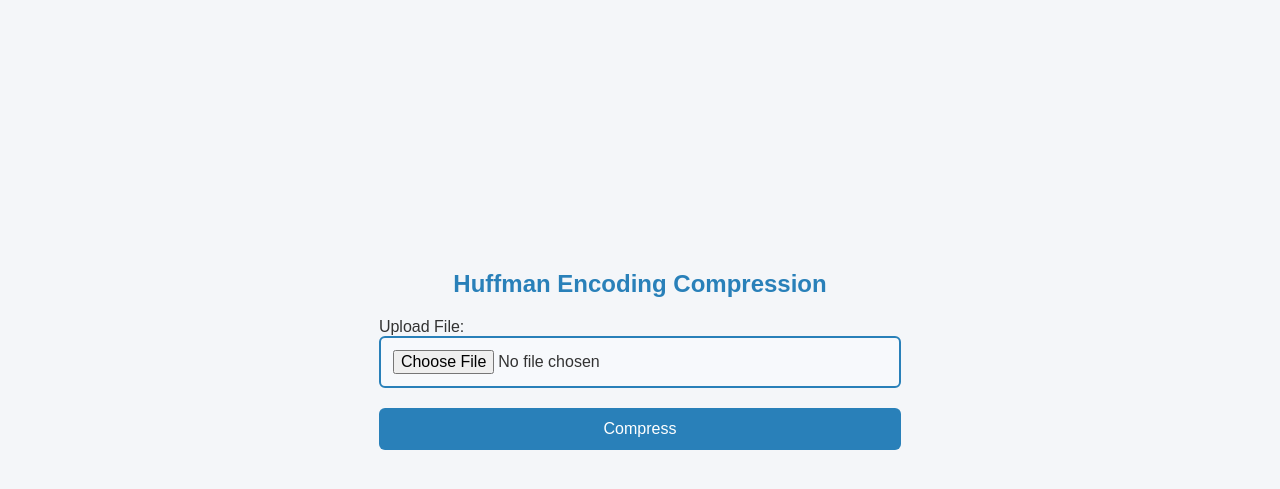
Repository: Mohitkumar1322/huffmane_coding
Page: http://localhost/
These files come from the project's save history. The page is drawn as it stood at one moment and after the next save; the edit follows.
The browser window is 1280 px wide. The pictures show the whole page.
The page is served by the project's application, run on Flask 3 (main.py). Other server files are loaded and not shown.

Above is the page before, as saved 2024-11-07 19:21:28.

### templates/index.html
<!DOCTYPE html>
<html lang="en">
<head>
    <meta charset="UTF-8">
    <meta name="viewport" content="width=device-width, initial-scale=1.0">
    <link rel="stylesheet" href="{{ url_for('static', filename='styles.css') }}">
    <title>Huffman Encoding</title>
</head>
<body>
    <h1>Huffman Encoding Compression</h1>
    <form action="/compress" method="POST" enctype="multipart/form-data">
        <label for="file">Upload File:</label>
        <input type="file" name="file" required>
        <button type="submit">Compress</button>
    </form>
</body>
</html>

### main.py
from flask import Flask, render_template, request, send_from_directory

from huffman import HuffmanCode  # Your existing HuffmanCode class

app = Flask(__name__)

@app.route('/')
def home():
    return render_template('index.html')  # Render the home page

@app.route('/compress', methods=['POST'])
def compress_file():
    if request.method == 'POST':
        file = request.files['file']
        if file:
            path = 'uploaded_file.txt'  #  is helps to save the file at location
            file.save(path)

            # here we call the huffman coding class from huffman.py
            huffman = HuffmanCode(path)
            output_file = huffman.compression()  # Process the file and return the compressed file path

            return f'File compressed successfully. Download it <a href="/download/{output_file}">here</a>'

@app.route('/download/<filename>')
def download_file(filename):
    return send_from_directory(directory='.', path=filename)

if __name__ == '__main__':
    app.run(debug=True)

### static/styles.css
/* Basic Reset */
* {
    margin: 0;
    padding: 0;
    box-sizing: border-box;
}

body {
    font-family: 'Arial', sans-serif;
    background-color: #f4f6f9;
    color: #333;
    display: flex;
    justify-content: center;
    align-items: center;
    height: 100vh;
    flex-direction: column;
}

/* Container for the content */
.container {
    background-color: #ffffff;
    box-shadow: 0 4px 8px rgba(0, 0, 0, 0.1);
    border-radius: 8px;
    padding: 30px;
    width: 350px;
    text-align: center;
}

/* Heading Style */
h1 {
    font-size: 24px;
    color: #2980B9;
    margin-bottom: 20px;
    font-weight: bold;
}

/* Input Fields Style */
input[type="file"] {
    width: 100%;
    padding: 12px;
    border: 2px solid #2980B9;
    border-radius: 6px;
    background-color: #f7f9fc;
    font-size: 16px;
    margin-bottom: 20px;
}

/* Submit Button */
button {
    width: 100%;
    padding: 12px;
    border: none;
    background-color: #2980B9;
    color: white;
    font-size: 16px;
    cursor: pointer;
    border-radius: 6px;
    transition: background-color 0.3s ease;
}

button:hover {
    background-color: #1f6f9f;
}

/* Link Style */
a {
    display: inline-block;
    margin-top: 20px;
    color: #2980B9;
    text-decoration: none;
    font-weight: bold;
}

a:hover {
    text-decoration: underline;
}

/* Alert/Message for status */
.message {
    margin-top: 20px;
    padding: 10px;
    background-color: #f9f9f9;
    color: #2c3e50;
    border: 1px solid #bdc3c7;
    border-radius: 6px;
    font-size: 14px;
}

.message.success {
    background-color: #d4edda;
    color: #155724;
    border-color: #c3e6cb;
}

.message.error {
    background-color: #f8d7da;
    color: #721c24;
    border-color: #f5c6cb;
}

After the next save:
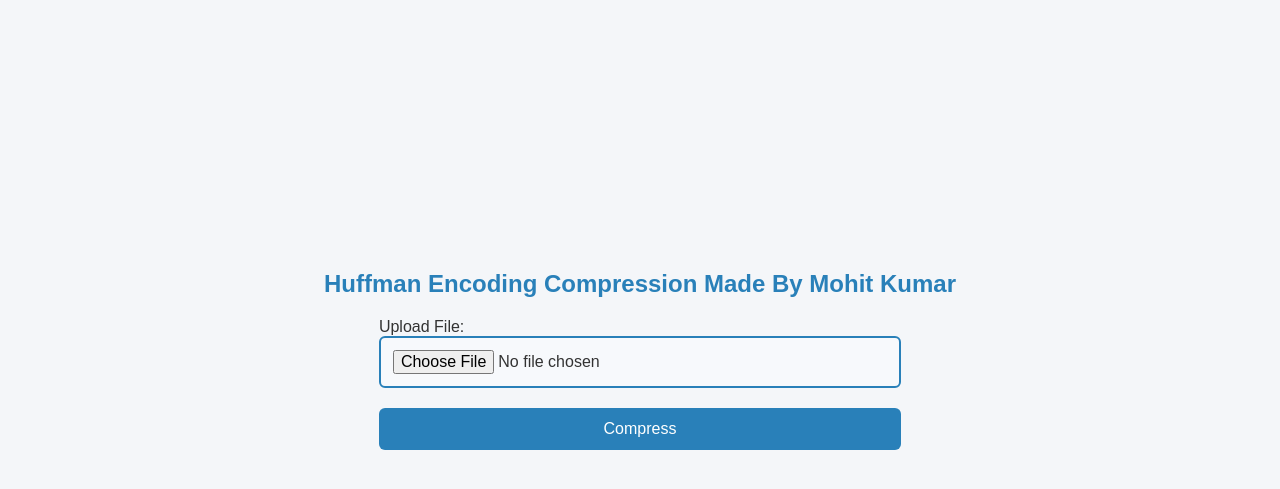
Saved 2 min 18 s later.
--- a/templates/index.html
+++ b/templates/index.html
@@ -7,7 +7,7 @@
     <title>Huffman Encoding</title>
 </head>
 <body>
-    <h1>Huffman Encoding Compression</h1>
+    <h1>Huffman Encoding Compression Made By Mohit Kumar</h1>
     <form action="/compress" method="POST" enctype="multipart/form-data">
         <label for="file">Upload File:</label>
         <input type="file" name="file" required>
